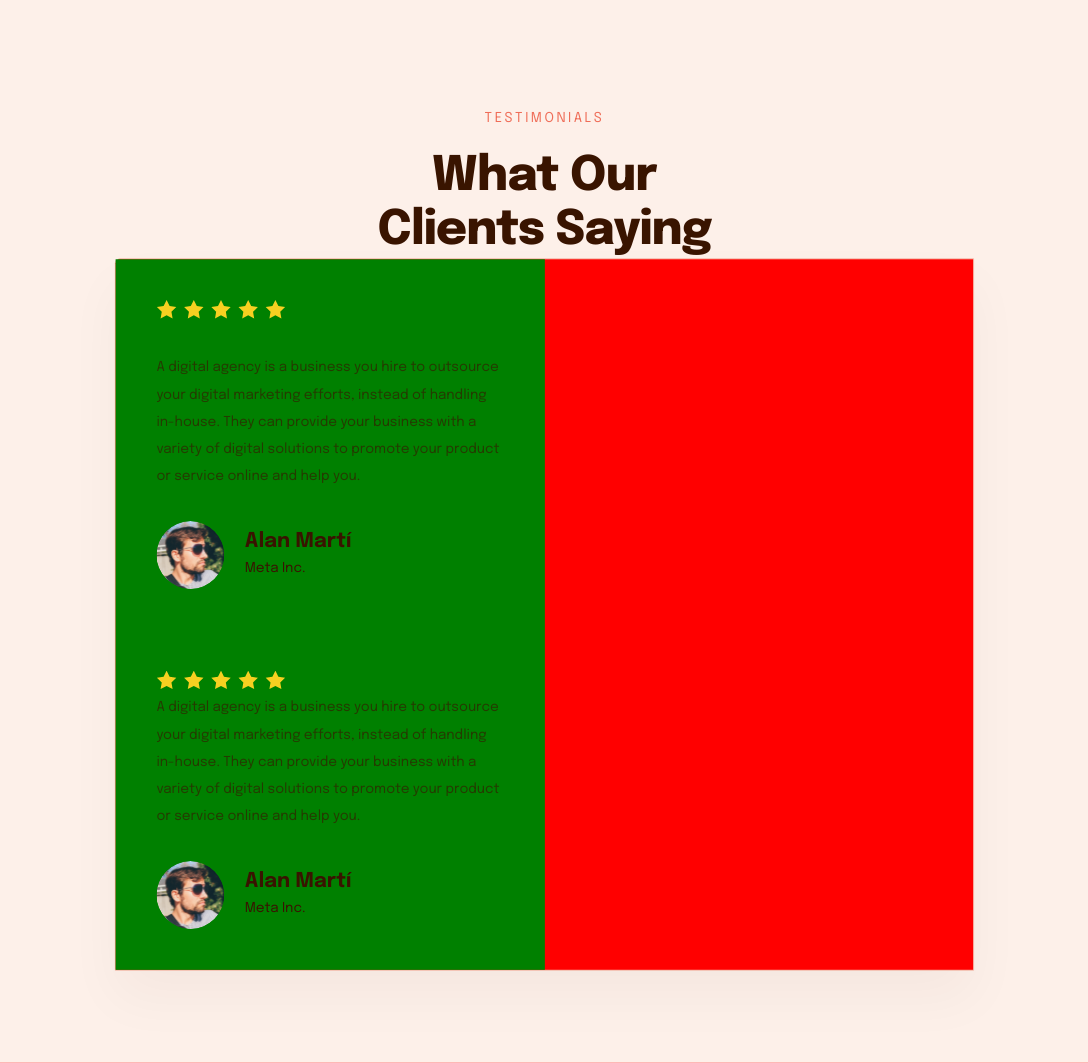
Repository: simralgasimov/task
Page: index.html
The author's editor kept a copy of each file at every save. The page is drawn from the files as they stood at one save, then again after the next save.
The browser window is 1280 px wide. The pictures show the whole page, at 85% of full size.

Above is the page before, as saved 2023-09-06 13:45:48.

After the next save:
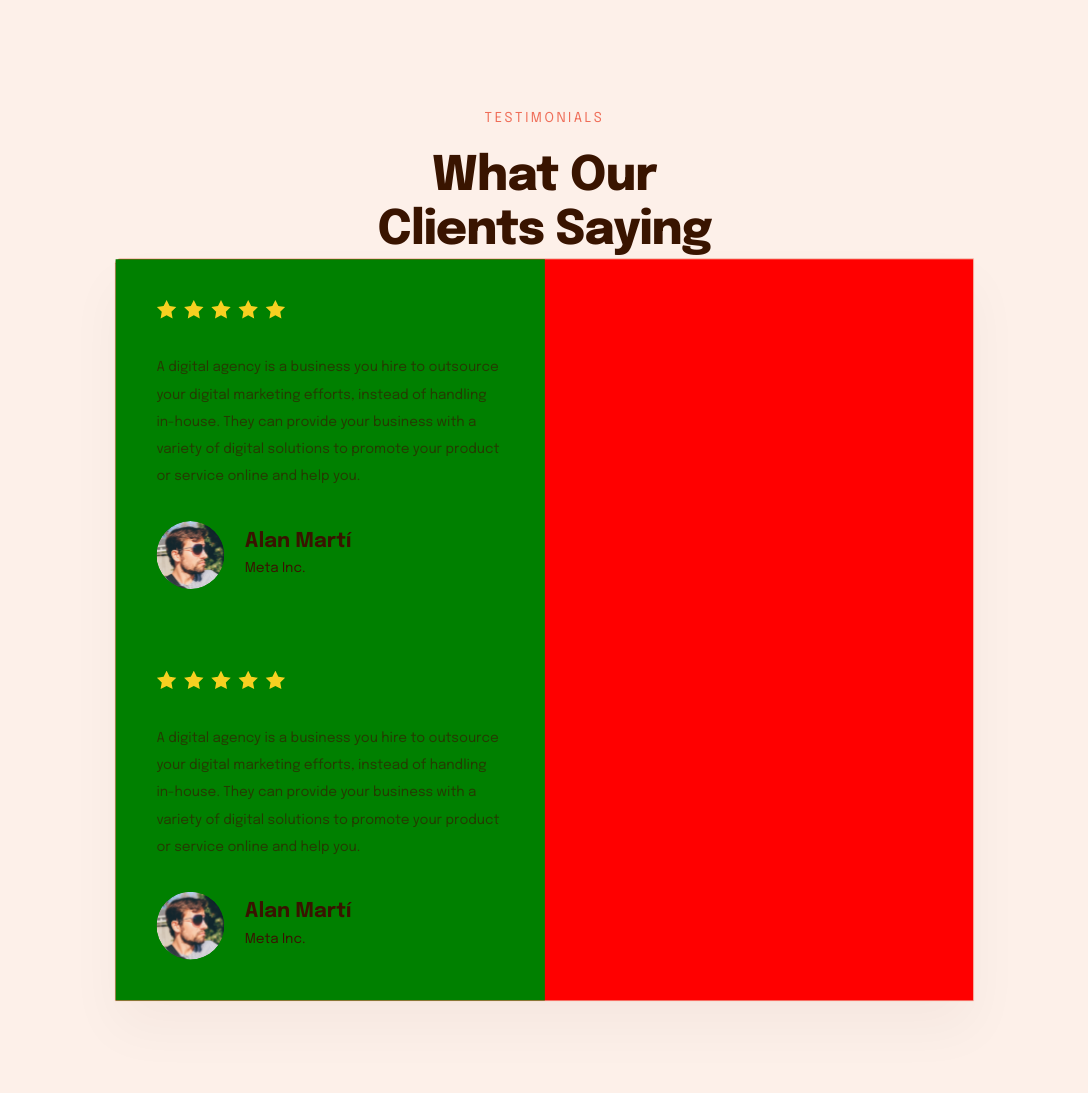
Saved 15 s later.
--- a/index.html
+++ b/index.html
@@ -29,7 +29,7 @@
         </div>
         <div class="box">
 
-            <img src="./img/star.svg" alt="" />
+            <img class="star-img" src="./img/star.svg" alt="" />
             <p> A digital agency is a business you hire to outsource your digital marketing efforts, instead of handling
               in-house. They can provide your business with a variety of digital solutions to promote your product or
               service online and help you. </p>
